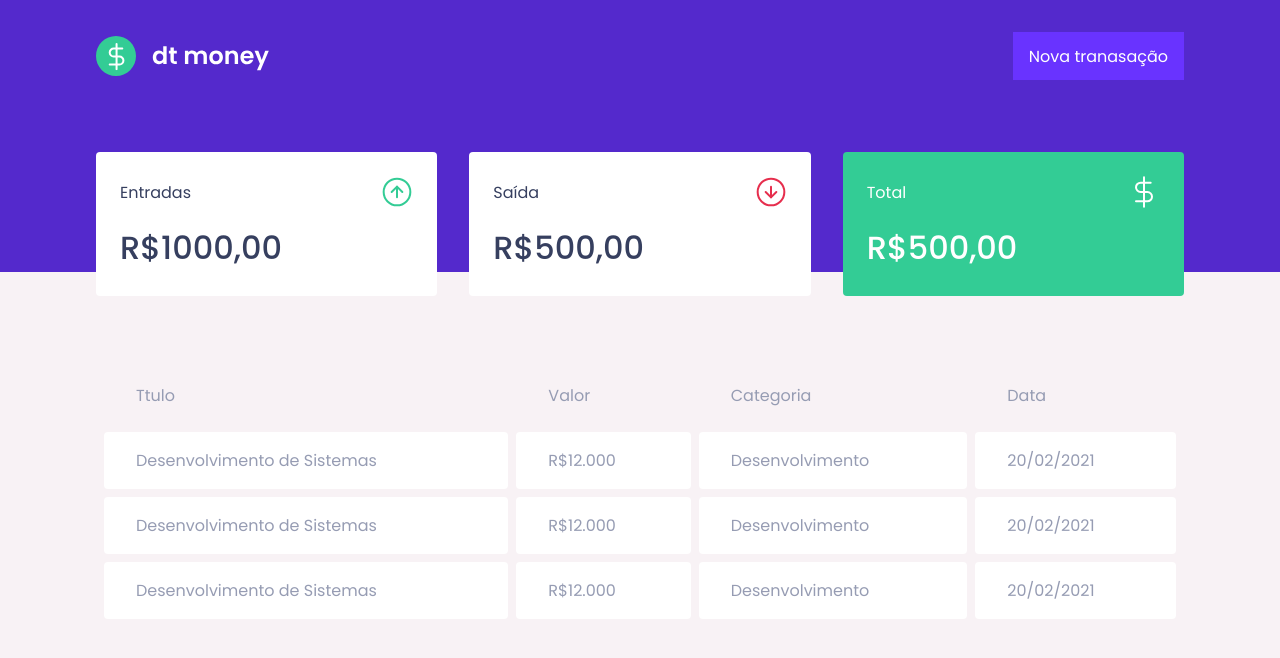
Repository: soualexandre/dtmoney
Page: /
The author's editor kept a copy of each file at every save. The page is drawn from the files as they stood at one save, then again after the next save.
The browser window is 1280 px wide. The pictures show the whole page.
The project was rebuilt for these pictures with package versions that can differ from the ones it lists, and the page was loaded fresh each time.

Above is the page before, as saved 2021-07-13 11:53:09.

### public/index.html
<!DOCTYPE html>
<html lang="en">
  <head>
    <link rel="preconnect" href="https://fonts.googleapis.com">
    <link rel="preconnect" href="https://fonts.gstatic.com" crossorigin>
    <meta charset="utf-8" />
    <meta name="viewport" content="width=device-width, initial-scale=1" />
    <link href="https://fonts.googleapis.com/css2?family=Poppins:wght@400;500;600&display=swap" rel="stylesheet">
    <link rel="stylesheet" href="favicon.png" type="image/png">
    <title>DtMoney</title>
  </head>
  <body>
    <noscript>You need to enable JavaScript to run this app.</noscript>
    <div id="root"></div>
  </body>
</html>

### src/App.tsx
import { Dashboard } from './components/Dashboard';
import { Header } from './components/Header';
import {GlobalStyle} from './styles/global'

export function App() {
  return (
    <>
      <Header/>
      <Dashboard/>
      <GlobalStyle/>
    </>
  );
}

### src/components/Dashboard/index.tsx
import { Sumary } from "../Sumary";
import { TransactionsTable } from "../transactionsTable";
import { Container } from "./styles";


export function Dashboard(){
    return(
       <Container>
          <Sumary/>
          <TransactionsTable/>
       </Container>
    );
}

### src/components/Header/index.tsx
import LogoImg from '../../assets/logo.svg'
import {Container, Content} from './styles'

export function Header(){
    return(
        <Container>
            <Content>
            <img src={LogoImg} alt="dtMoney" />
            <button type="button">
                Nova tranasação
            </button>
            </Content>
        </Container>
    );
}

### src/styles/global.ts
import { createGlobalStyle } from 'styled-components'


export const GlobalStyle = createGlobalStyle`

    :root{
        --background: #f8f2f5;

        --red: #e52e40;
        --blue: #5429cc;
        --green: #33cc95;
        --blue-light: #6933ff;

        --text-title: #363f5f;
        --text-body: #969cb3;

        --shape: #ffffff;

    }

    *{
        margin: 0;
        padding: 0;
        box-sizing: border-box;
    }
    html{
        @media (max-width: 1080px){
            font-size: 93.5%;
        }

    }

    body{
        background: var(--background);
        -webkit-font-smoothing: antialiased;
    }

    body, input, textarea, button{
        font-family: 'Poppins', sans-serif;
        font-weight: 400;
    }

    h1, h2, h3, h4, h5, h6, strong{
        font-weight: 600;
    }

    button{
        cursor: pointer;
    }
    [disable]{
        opacity: 0.6;
        cursor: not-allowed;
    }

`;

### src/components/Sumary/index.tsx
import {Container} from './styles'
import iconImg from '../../assets/income.svg'
import outcomeImg from '../../assets/outcome.svg'
import totalImg from '../../assets/total.svg'
export function Sumary(){
    return(
        <Container>
            <div>
                <header>
                    <p>Entradas</p>
                    <img src={iconImg} alt=" icon" />
                </header>
                <strong>R$1000,00</strong>
            </div>
            <div>
                <header>
                    <p>Saída</p>
                    <img src={outcomeImg} alt="out icon" />
                </header>
                <strong>R$500,00</strong>
            </div>
            <div className="highlightBackground">
                <header>
                    <p>Total</p>
                    <img src={totalImg} alt="Total icon" />
                </header>
                <strong>R$500,00</strong>
            </div>
        </Container>
    );
}

### src/components/transactionsTable/index.tsx
import { Container } from "./styles";


export function TransactionsTable() {
    return(
    <Container>
        <table>
            <thead>
                <tr>
                    <th>Ttulo</th>
                    <th>Valor</th>
                    <th>Categoria</th>
                    <th>Data</th>
                </tr>
            </thead>
            <tbody>
                <tr>
                    <td>Desenvolvimento de Sistemas</td>
                    <td>R$12.000</td>
                    <td>Desenvolvimento</td>
                    <td>20/02/2021</td>
                </tr>
                <tr>
                    <td>Desenvolvimento de Sistemas</td>
                    <td>R$12.000</td>
                    <td>Desenvolvimento</td>
                    <td>20/02/2021</td>
                </tr>
                <tr>
                    <td>Desenvolvimento de Sistemas</td>
                    <td>R$12.000</td>
                    <td>Desenvolvimento</td>
                    <td>20/02/2021</td>
                </tr>
            </tbody>
        </table>
    </Container>
    );
}

### src/components/Dashboard/styles.ts
import styled from 'styled-components'

export const Container = styled.header`
    max-width: 1120PX;
    margin:0 auto;
    padding: 2.5rem 1rem;



`;

### src/components/Header/styles.ts
import styled from 'styled-components'

export const Container = styled.header`
    background: var(--blue);

`;
export const Content = styled.header`
    background: var(--blue);
    max-width: 1120px;
    margin: 0 auto;
    padding: 2rem 1rem 12rem;

    display: flex;
    align-items: center;
    justify-content: space-between;
    button{
        font-size: 1rem;
        color: #fff;
        background: var(--blue-light);
        border: 0;
        padding:0.2rem;
        padding-left: 1rem;
        padding-right: 1rem;
        height: 3rem;

        transition: filter 0.2s;
        &:hover{
            filter: brightness(0.9);
        }

    }
`;

### src/components/Sumary/styles.ts
import styled from 'styled-components'


export const Container = styled.div`
    display: grid;
    grid-template-columns: repeat(3,1fr);
    gap: 2rem;
    margin-top: -10rem;

div{
    background: var(--shape);
    padding: 1.5rem;
    border-radius: 0.25rem;
    color: var(--text-title);

    &.highlightBackground{
        background: #33cc95;
        color: #fff;
    }
    header{
        display: flex;
        align-items: center;
        justify-content: space-between;
    }

    strong{
        display: block;
        margin-top: 1rem;
        font-size: 2rem;
        line-height: 3rem;
        font-weight: 500;
    }

}
`;

### src/components/transactionsTable/styles.ts
import styled from 'styled-components';


export const Container = styled.div`
    margin-top: 4rem;

    table{
        width: 100%;
        border-spacing: 0.5rem;

        th{
            color: var(--text-body);
            font-weight: 400;
            padding: 1rem 2rem;
            text-align: left;
            line-height: 1.5rem;
        }

        td{
            padding: 1rem 2rem;
            border: 0;
            background: var(--shape);
            color: var(--text-body);
            border-radius: 0.25rem;
            &.first-child{
                color: var(--text-title);
            }

            &.deposit{
                color: var(--green)
            }
            &.withdraw{
                color: var(--red)
            }
        }
    }
`;

Loaded but not shown: src/index.tsx (common file)

After the next save:
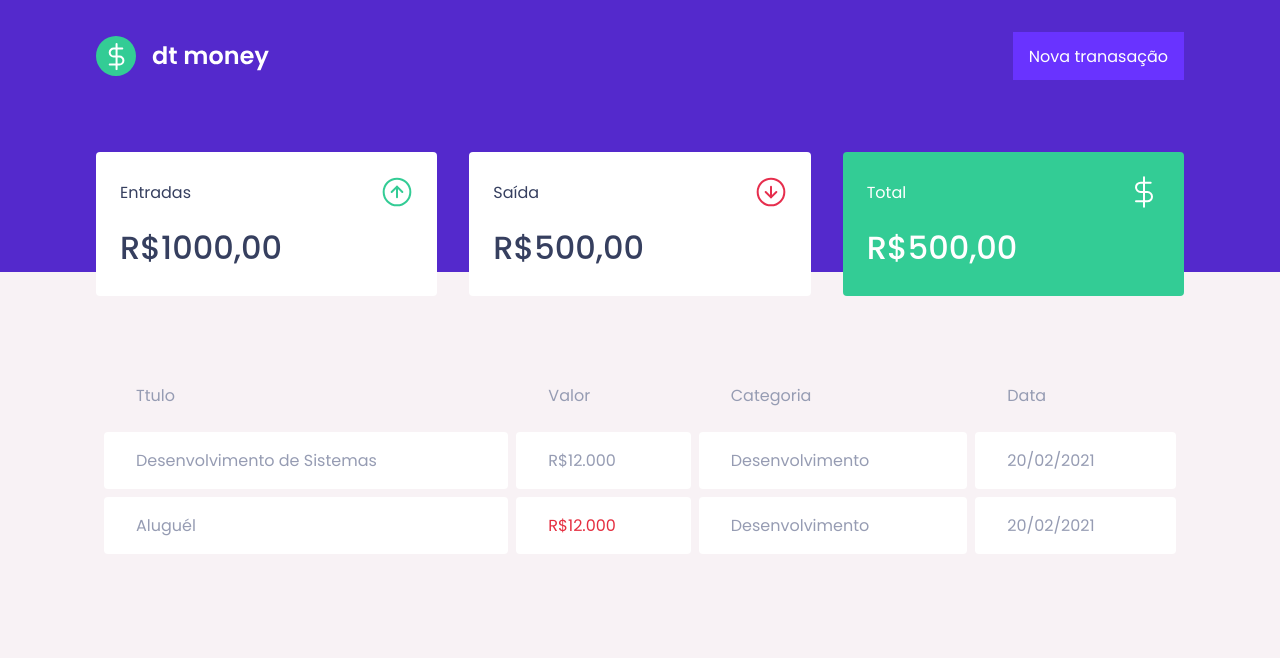
Saved 83 s later.
--- a/src/components/transactionsTable/index.tsx
+++ b/src/components/transactionsTable/index.tsx
@@ -16,22 +16,17 @@
             <tbody>
                 <tr>
                     <td>Desenvolvimento de Sistemas</td>
-                    <td>R$12.000</td>
+                    <td className="seposit">R$12.000</td>
                     <td>Desenvolvimento</td>
                     <td>20/02/2021</td>
                 </tr>
                 <tr>
-                    <td>Desenvolvimento de Sistemas</td>
-                    <td>R$12.000</td>
+                    <td>Aluguél</td>
+                    <td className="withdraw">R$12.000</td>
                     <td>Desenvolvimento</td>
                     <td>20/02/2021</td>
                 </tr>
-                <tr>
-                    <td>Desenvolvimento de Sistemas</td>
-                    <td>R$12.000</td>
-                    <td>Desenvolvimento</td>
-                    <td>20/02/2021</td>
-                </tr>
+
             </tbody>
         </table>
     </Container>
